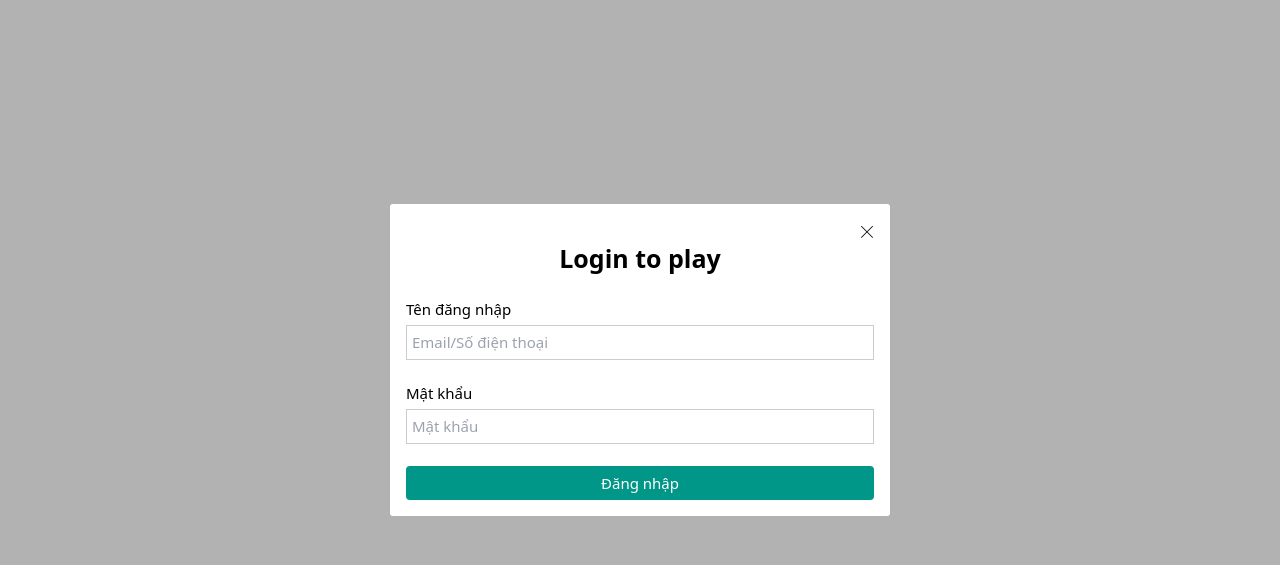
Repository: Teddy1705/demo_pj
Page: /
An editor plug-in stored every save of this project. The page is shown before and after the next save, followed by the edit.
The browser window is 1280 px wide. The pictures show the whole page.
The project was rebuilt for these pictures with package versions that can differ from the ones it lists, and the page was loaded fresh each time. Also part of the build but not shown: vite.config.js.

Above is the page before, as saved 2024-04-16 10:28:12.

After the next save:
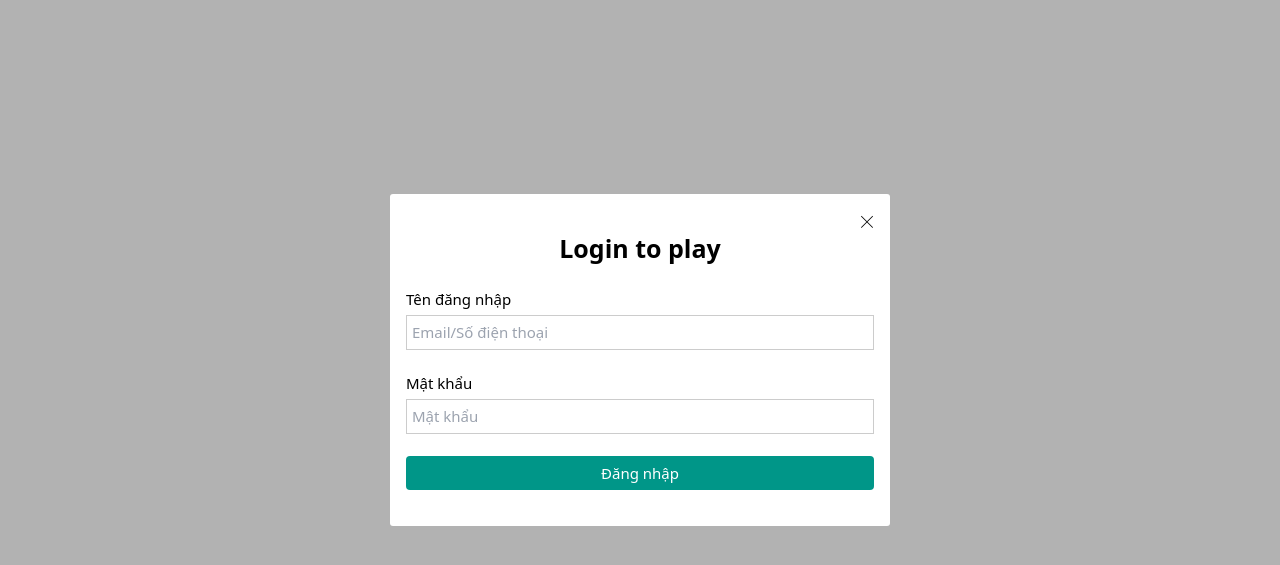
Saved 22 s later.
--- a/src/index.css
+++ b/src/index.css
@@ -638,4 +638,5 @@ video {
   font-size: 15px;
   padding: 6px;
   border-radius: 4px;
-}
+  margin-bottom: 20px;
+}
